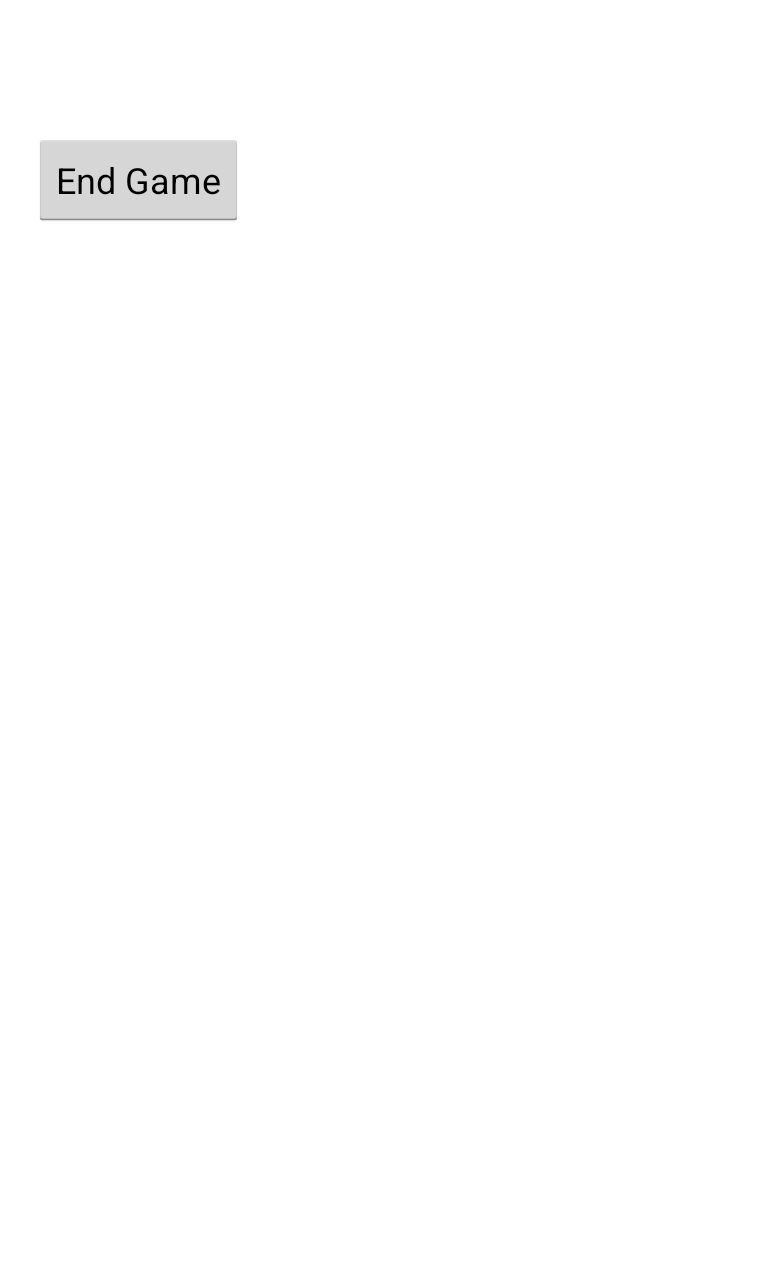
Repository: osheac5/fire
Layout: fire/res/layout/activity_game.xml
An editor plug-in stored every save of this project. The layout is shown before and after the next save, followed by the edit.
It is drawn on a 768 x 1280 px phone screen (xhdpi) without system bars, with theme AppTheme; the app's code is not run.

Above is the layout before, as saved 2013-11-25 11:12:05.

After the next save:
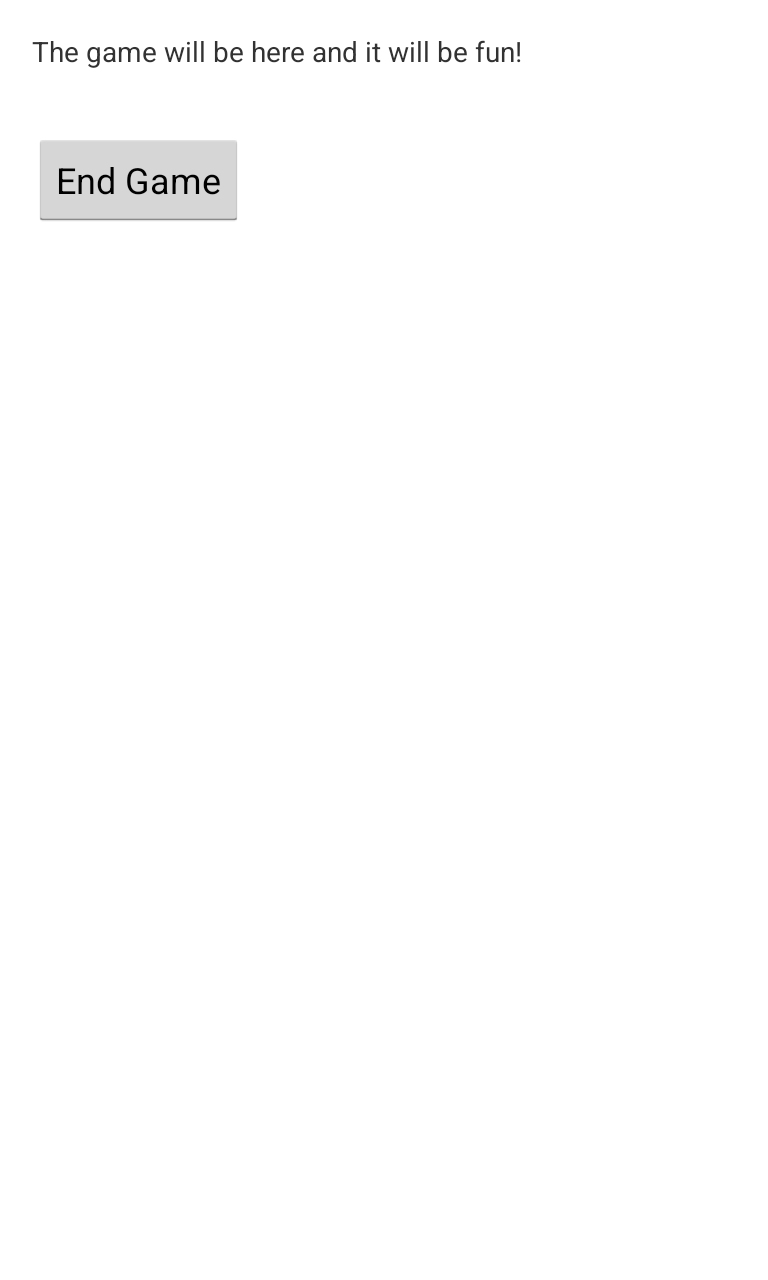
Saved 31 s later.
--- a/fire/res/values/strings.xml
+++ b/fire/res/values/strings.xml
@@ -10,6 +10,6 @@
     <string name="high_scores">High Scores</string>
     <string name="game_over">Game Over!</string>
     <string name="end_game">End Game</string>
-	<string name="game_text"></string>
+	<string name="game_text">The game will be here and it will be fun!</string>
 
 </resources>
